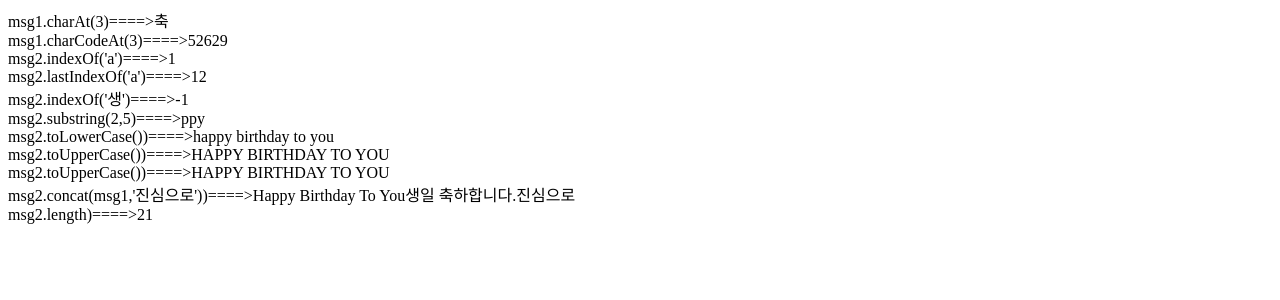
Repository: snowcuphea/webwork_class
Page: clientweb/WebContent/js_basic/js_String_test01.html
These files come from the project's save history. The page is drawn as it stood at one moment and after the next save; the edit follows.
The browser window is 1280 px wide. The pictures show the whole page.

Above is the page before, as saved 2020-01-07 07:13:17.

### clientweb/WebContent/js_basic/js_String_test01.html
<!DOCTYPE html>
<html>
<head>
<meta charset="EUC-KR">
<title> New Document </title>
<script language="javascript">
</script>
</head>
<body>
<script language="javascript">

	msg1 = new String("생일 축하합니다.");
	msg2 = "Happy Birthday To You";
	document.write("msg1.charAt(3)====>",msg1.charAt(3),"<br>");
	document.write("msg1.charCodeAt(3)====>",msg1.charCodeAt(3),"<br>");
	document.write("msg2.indexOf('a')====>",msg2.indexOf("a"),"<br>");
	document.write("msg2.lastIndexOf('a')====>",msg2.lastIndexOf("a"),"<br>");
	document.write("msg2.indexOf('생')====>",msg2.indexOf("생"),"<br>");
	document.write("msg2.substring(2,5)====>",msg2.substring(2,5),"<br>");
	document.write("msg2.toLowerCase())====>",msg2.toLowerCase(),"<br>");
	document.write("msg2.toUpperCase())====>",msg2.toUpperCase(),"<br>");
	document.write("msg2.toUpperCase())====>",msg2.toUpperCase(),"<br>");
	document.write("msg2.concat(msg1,'진심으로'))====>",msg2.concat(msg1,"진심으로"),"<br>");
	document.write("msg2.length)====>",msg2.length,"<br>");
</script>
</body>
</html>

After the next save:
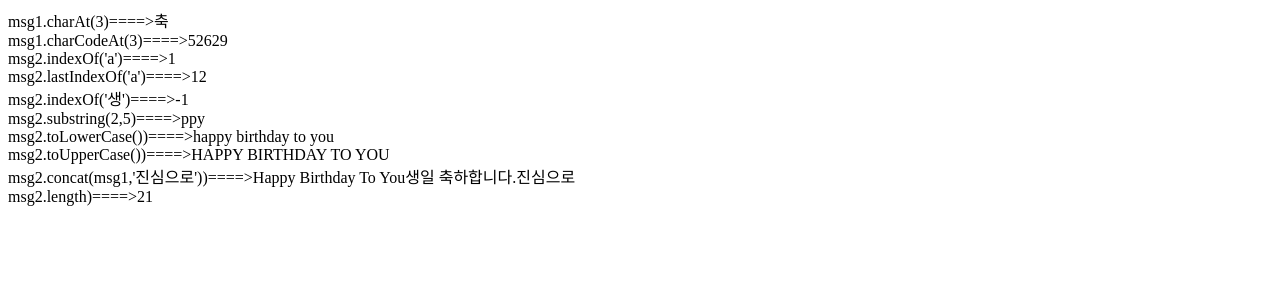
Saved 2 min 2 s later.
--- a/clientweb/WebContent/js_basic/js_String_test01.html
+++ b/clientweb/WebContent/js_basic/js_String_test01.html
@@ -19,7 +19,7 @@
 	document.write("msg2.substring(2,5)====>",msg2.substring(2,5),"<br>");
 	document.write("msg2.toLowerCase())====>",msg2.toLowerCase(),"<br>");
 	document.write("msg2.toUpperCase())====>",msg2.toUpperCase(),"<br>");
-	document.write("msg2.toUpperCase())====>",msg2.toUpperCase(),"<br>");
+
 	document.write("msg2.concat(msg1,'진심으로'))====>",msg2.concat(msg1,"진심으로"),"<br>");
 	document.write("msg2.length)====>",msg2.length,"<br>");
 </script>
